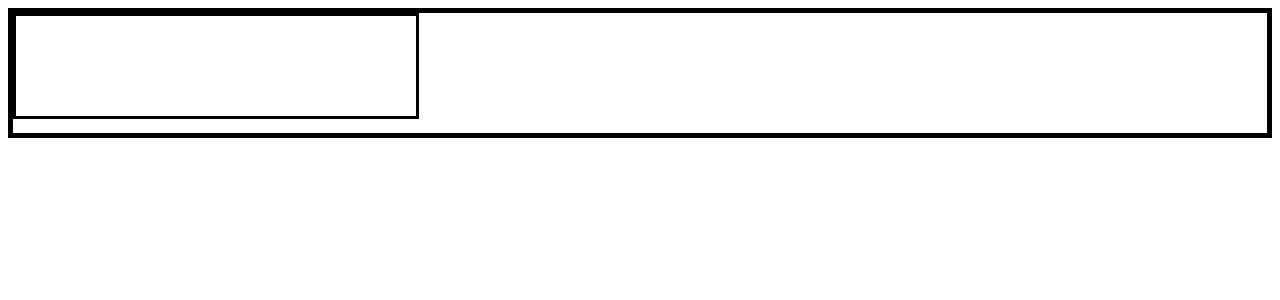
Repository: cartervandekamp/htmlstructure.mdia2003
Page: htmlstructure-psd/index.html
An editor plug-in stored every save of this project. The page is shown before and after the next save, followed by the edit.
The browser window is 1280 px wide. The pictures show the whole page.

Above is the page before, as saved 2023-01-16 17:56:44.

### htmlstructure-psd/index.html
<!DOCTYPE html>
<html lang="en">
<head>
    <title>Document</title>
    <link rel="stylesheet" href="style.css">
</head>
<body>
    <div class="toprow">
        <div class="topleft"></div>
        <div class="topmiddle"></div>
        <div class="topright"></div>
    </div>
    <div class="thinbar"></div>
    <div class="secondrow">
        <div class="secondleft"></div>
        <div class="secondmiddle"></div>
        <div class="secondright"></div>
    </div>
    <div class="middlecontent">
        <div class="middleleftone">
            <div class="titletextone"></div>
            <div class="bodytextone"></div>
            <div class="footerone"></div>
        </div>
        <div class="middlelefttwo">
            <div class="titletexttwo"></div>
            <div class="bodytexttwo"></div>
            <div class="footertwo"></div>
        </div>
    </div>
    <div class="middlerightone"></div>
    <div class="middlerighttwo"></div>
    <div class="middlerightthree"></div>
    <div class="middletextfour"></div>
<div class="footer">
    <div class="footertitle"></div>
    <div class="footercontent">
        <div class="footercontentone"></div>
        <div class="footercontenttwo"></div>
        <div class="footercontentthree"></div>
        <div class="footercontentfour"></div>
    </div>
    <div class="footerbottom"></div>
</div>

</body>
</html>

### htmlstructure-psd/style.css
body {
    border-style: solid;
    border-color: black;
    border-width: 2px;
}

.toprow {
    height: 120px;
    border-style: solid;
    border-color: black;
}

.topleft {
    height: 60px;
    width: 400px;
    padding-top: 40px;
    border-style: solid;
    border-color: black;
}

After the next save:
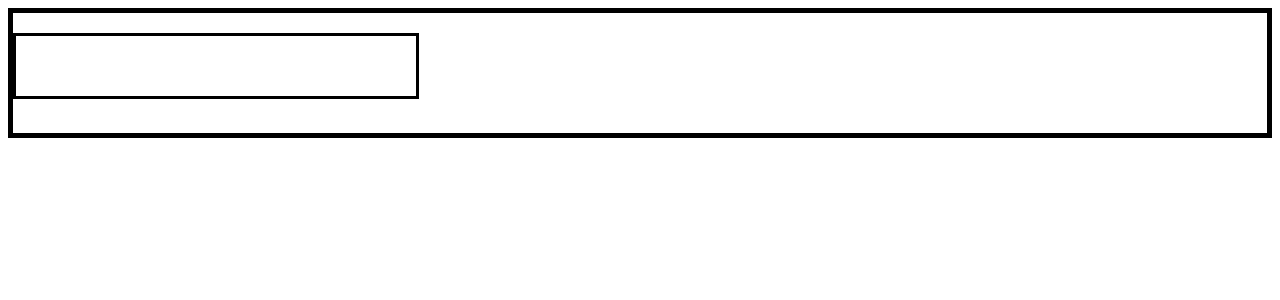
Saved 11 s later.
--- a/htmlstructure-psd/style.css
+++ b/htmlstructure-psd/style.css
@@ -13,7 +13,7 @@ body {
 .topleft {
     height: 60px;
     width: 400px;
-    padding-top: 40px;
+    margin-top: 20px;
     border-style: solid;
     border-color: black;
 }
